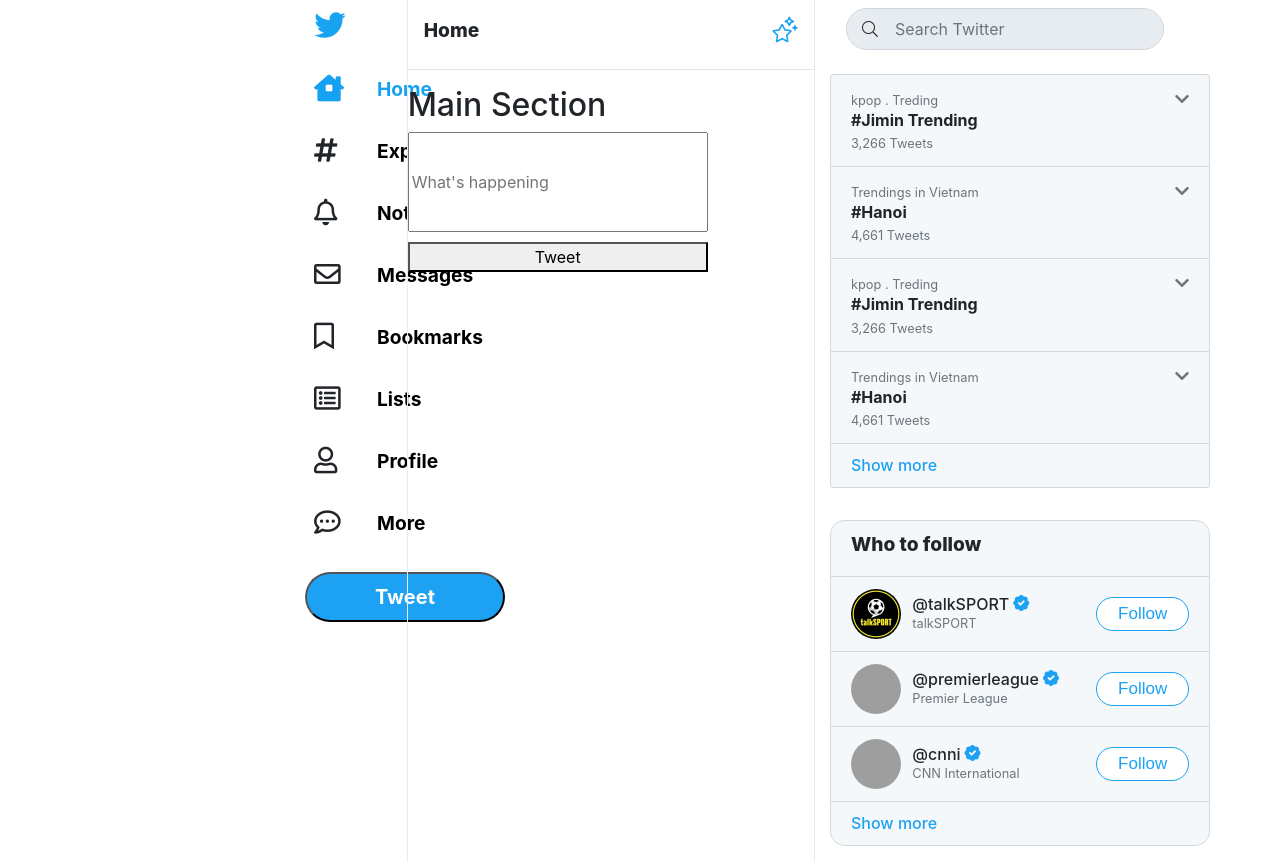
Repository: tts2610/Twitter-clone
Page: index.html
These files come from the project's save history. The page is drawn as it stood at one moment and after the next save; the edit follows.
The browser window is 1280 px wide. The pictures show the whole page.
Pictures or frames that could not be fetched are drawn as grey boxes.

Above is the page before, as saved 2020-05-23 15:25:41.

After the next save:
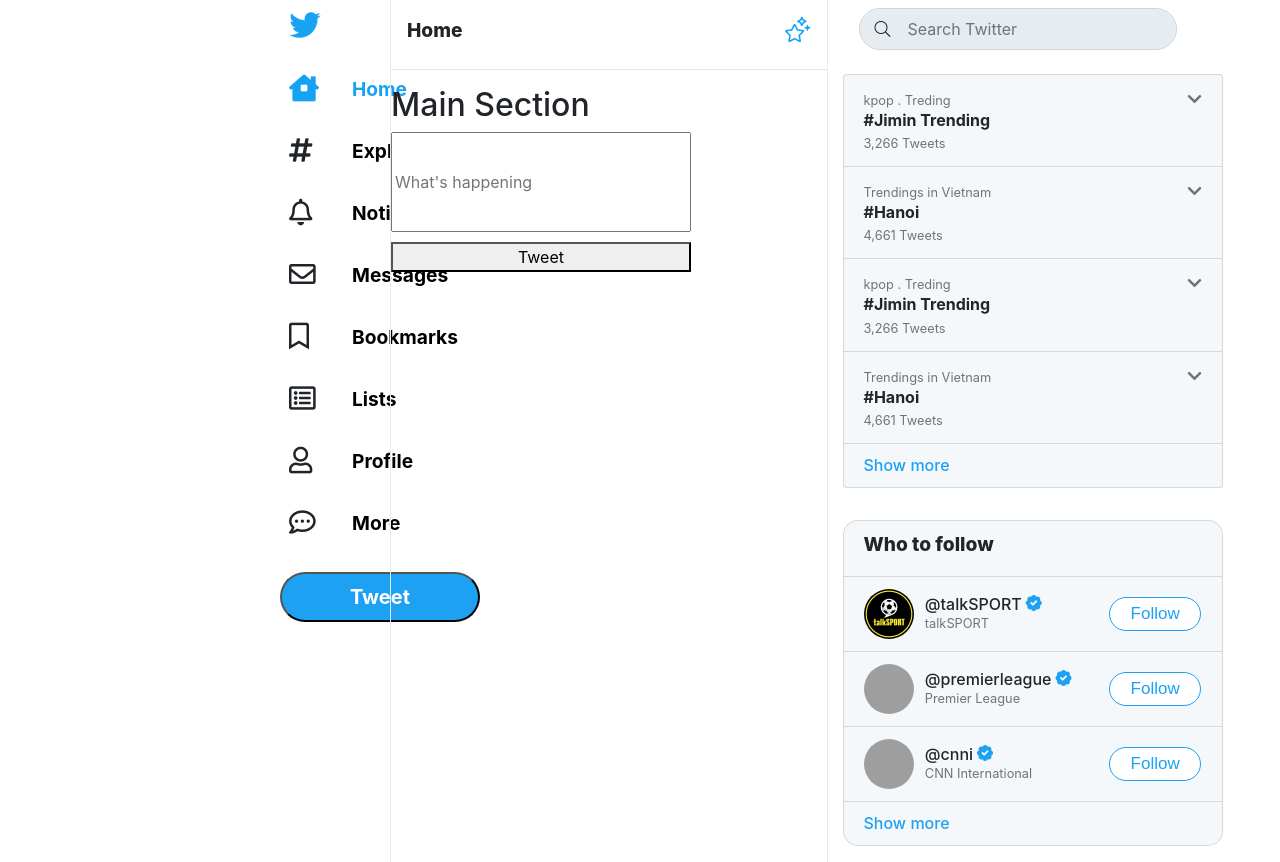
Saved 6 s later.
--- a/css/style.css
+++ b/css/style.css
@@ -7,7 +7,7 @@
 }
 
 body .container {
-    max-width: calc(100vh - 50px);
+    max-width: calc(100vh);
     padding-left: 0px;
     padding-right: 0px;
 }
